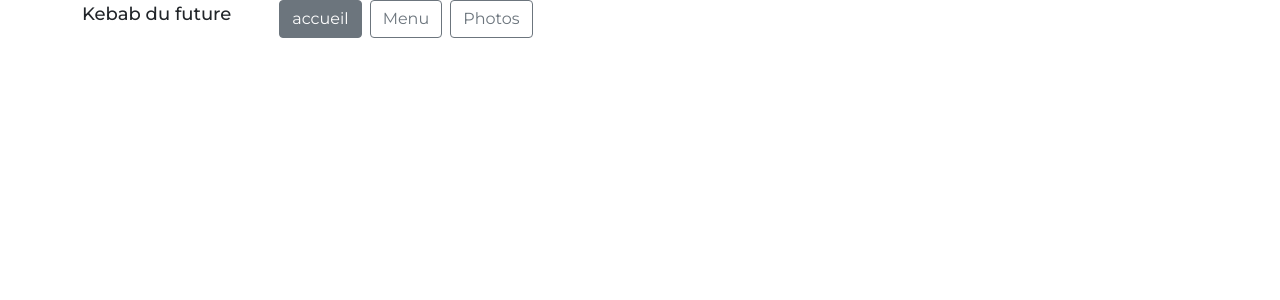
Repository: phbord/THP-js-exercices-manipulation-DOM
Page: index.html
An editor plug-in stored every save of this project. The page is shown before and after the next save, followed by the edit.
The browser window is 1280 px wide. The pictures show the whole page.

Above is the page before, as saved 2021-07-19 11:01:35.

### index.html
<!DOCTYPE HTML>
<html lang="fr">
    <head>
        <title></title>
        <meta charset="utf-8">
        <link href="https://cdn.jsdelivr.net/npm/bootstrap@5.0.2/dist/css/bootstrap.min.css"
                rel="stylesheet"
                integrity="sha384-EVSTQN3/azprG1Anm3QDgpJLIm9Nao0Yz1ztcQTwFspd3yD65VohhpuuCOmLASjC"
                crossorigin="anonymous">
        <link rel="stylesheet" href="./styles/main.css">
    </head>
    <body>
        <!-- HEADER -->
        <header>
            <nav class="container d-flex align-items-center">
                <div class="me-5" href="#">
                    <h1>Kebab du future</h1>
                </div>
                <ul class="d-flex">
                    <li class="me-2">
                        <a class="btn btn-secondary" href="#">accueil</a>
                    </li>
                    <li class="me-2">
                        <a class="btn btn-outline-secondary" href="#">Menu</a>
                    </li>
                    <li>
                        <a class="btn btn-outline-secondary" href="#">Photos</a>
                    </li>
                </ul>
            </nav>
        </header>

        <!-- ACCUEIL -->

        <!-- MENU -->

        <!-- PHOTOS -->


        <!-- SCRIPTS -->
        <script src="./scripts/main.js"></script>
    </body>
</html>

### styles/main.css
@import url('https://fonts.googleapis.com/css2?family=Montserrat:wght@100;200;300;400;500;600;700;800;900&display=swap');

body {
    font-family: Montserrat;
}

ul,li {
    margin: 0;
    padding: 0;
    list-style: none;
}

header h1 {
    font-size: 18px;
}

Loaded but not shown: scripts/main.js (no copy from this time; the picture is the same without it)

After the next save:
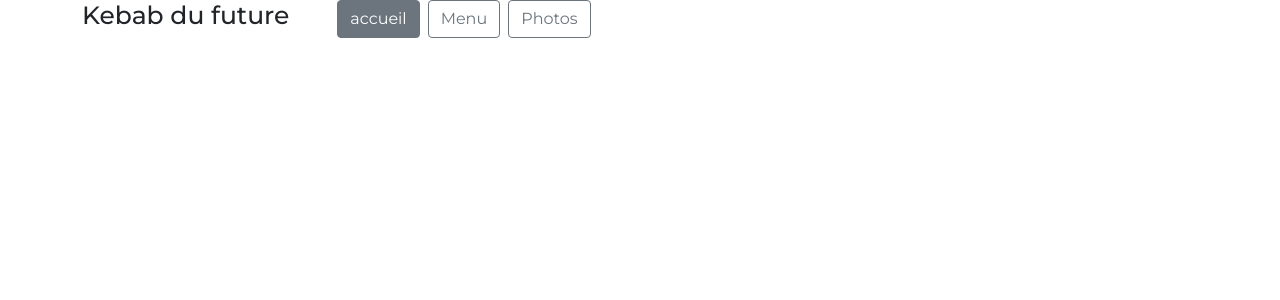
Saved 54 s later.
--- a/styles/main.css
+++ b/styles/main.css
@@ -11,5 +11,5 @@ ul,li {
 }
 
 header h1 {
-    font-size: 18px;
+    font-size: 25px;
 }
